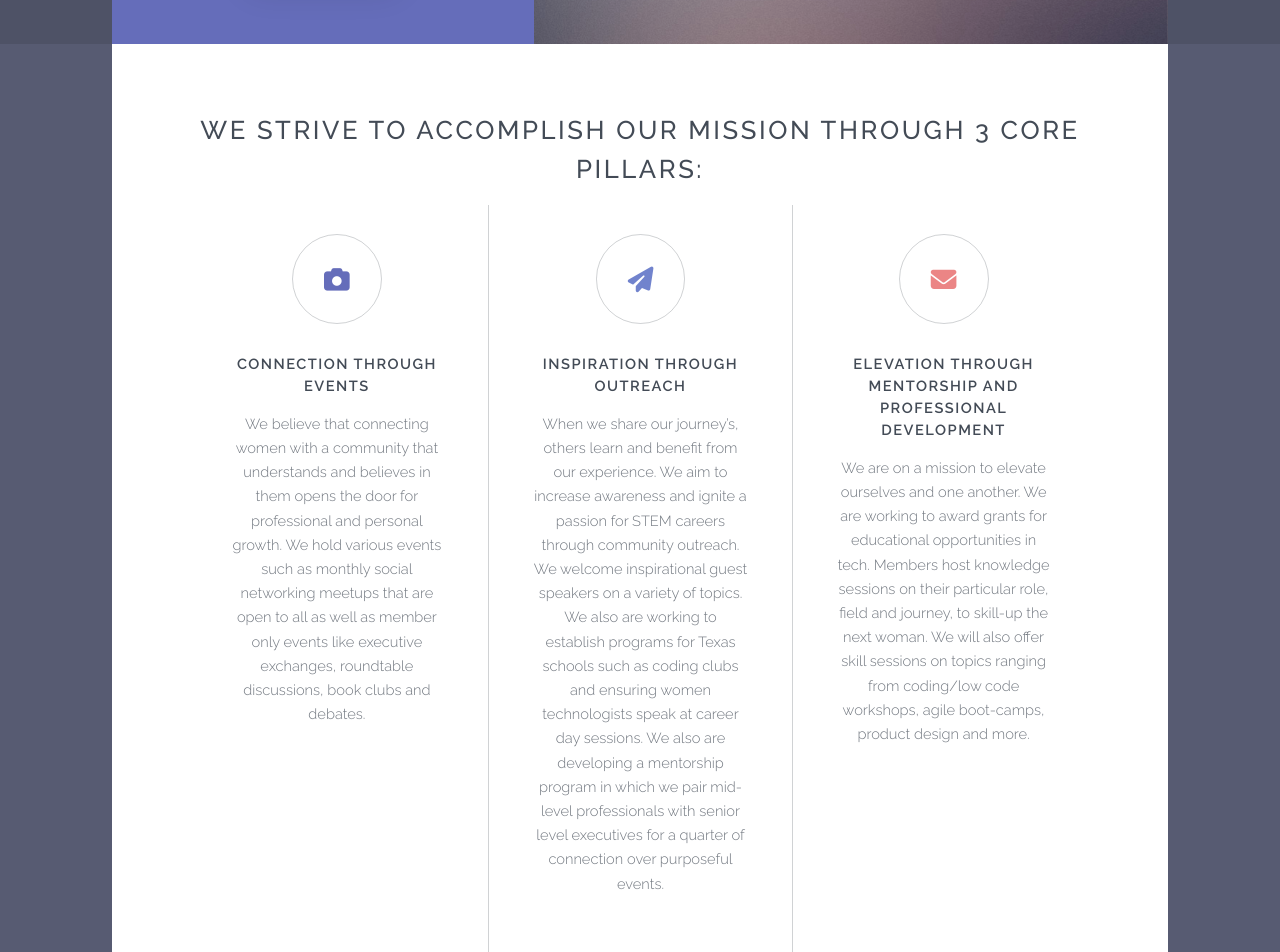
Repository: Roshanell/Houston-women-in-tech
Page: index.html
An editor plug-in stored every save of this project. The page is shown before and after a run of saves, followed by the edit.
The browser window is 1280 px wide. The pictures show the part of the page from y = 465 to 1417 px (the page is 3534 px tall).
Pictures or frames that could not be fetched are drawn as grey boxes. Some web libraries are served in a nearby version.

Above is the page before, as saved 2022-12-11 20:36:16.

### index.html
<!DOCTYPE HTML>

<html>

	<head>
		<title>Texas Women In Tech</title>
		<meta charset="utf-8" />
		<meta name="viewport" content="width=device-width, initial-scale=1, user-scalable=no" />
		<link rel="stylesheet" href="assets/css/main.css" />
		<script src="https://kit.fontawesome.com/48e7997292.js" crossorigin="anonymous"></script>
	</head>

	<body class="is-preload">

		<!-- Page Wrapper -->
		<div id="page-wrapper">

			<!-- Wrapper -->
			<div class="wrapper">
				<div class="inner">

					<!-- Header -->
					<header id="header">
						<a href="index.html" class="logo">Altitude <span>by Pixelarity</span></a>
						<nav>
							<ul>
								<li><a href="#menu">Menu</a></li>
							</ul>
						</nav>
					</header>

					<!-- Nav -->
					<nav id="menu">
						<ul class="links">
							<li><a href="index.html">Home</a></li>
							<li><a href="generic.html">Generic</a></li>
							<li><a href="elements.html">Elements</a></li>
						</ul>
						<ul class="actions stacked">
							<li><a href="#" class="button primary fit">Sign Up</a></li>
							<li><a href="#" class="button fit">Log In</a></li>
						</ul>
					</nav>

					<!-- Banner -->
					<section id="banner">
						<div class="items">
							<section class="accent2">
								<h1>Our Mission</h1>
								<p>Texas Women in Tech is on a mission to empower women and contribute to sustainability in Texas, by
									investing in the skills of women in technology.
									<br>
									We are a volunteer run organization of Texas women in technology that desire meaningful connections
									with other women in tech, that are seeking to inspire and be inspired, and who are interested in
									elevating ourselves and each other.
								</p>
								<ul class="actions special">
									<li><a href="#" class="button primary">Join Our Cause</a></li>
								</ul>
							</section>
							<!-- <section class="accent3">
								<h1>Amet magna</h1>
								<p>Fusce lancinia ipsum feugiat dolor sed matis tempus sed nullam</p>
								<ul class="actions special">
									<li><a href="#" class="button primary">More</a></li>
								</ul>
							</section> -->
						</div>
						<div class="slider">
							<article>
								<img src="https://i.imgur.com/zqyubR5.png" alt="" data-position="bottom right" />
							</article>
							<article>
								<img src="images/pic02.jpg" alt="" data-position="bottom right" />
							</article>
							<article>
								<img src="images/pic03.jpg" alt="" data-position="top left" />
							</article>
						</div>
					</section>

				</div>
			</div>

			<!-- Wrapper -->
			<div class="wrapper">
				<div class="inner">

					<!-- Section -->
					<section class="main">
						<header class="major">
							<h2>We strive to accomplish our mission through 3 core pillars:</h2>
						</header>
						<div class="features">
							<section>
								<span class="icon solid fa-camera major accent2"></span>
								<h3>Connection through events</h3>
								<p>We believe that connecting women with a community that understands and believes in them opens the
									door for professional and personal growth. We hold various events such as monthly social networking
									meetups that are open to all as well as member only events like executive exchanges, roundtable
									discussions, book clubs and debates.</p>
							</section>
							<section>
								<span class="icon solid fa-paper-plane major accent3"></span>
								<h3>Inspiration through Outreach</h3>
								<p>When we share our journey’s, others learn and benefit from our experience. We aim to increase
									awareness and ignite a passion for STEM careers through community outreach. We welcome inspirational
									guest speakers on a variety of topics. We also are working to establish programs for Texas schools
									such as coding clubs and ensuring women technologists speak at career day sessions. We also are
									developing a mentorship program in which we pair mid-level professionals with senior level executives
									for a quarter of connection over purposeful events.</p>
							</section>
							<section>
								<span class="icon solid fa-envelope major accent4"></span>
								<h3>Elevation through Mentorship and Professional Development </h3>
								<p>We are on a mission to elevate ourselves and one another. We are working to award grants for
									educational opportunities in tech. Members host knowledge sessions on their particular role, field and
									journey, to skill-up the next woman. We will also offer skill sessions on topics ranging from
									coding/low code workshops, agile boot-camps, product design and more.

								</p>
							</section>
						</div>
					</section>

					<!-- Section -->
					<!-- <section class="carousel accent4">
						<article>
							<div class="image"><img src="images/pic04.jpg" alt="" data-position="center" /></div>
							<div class="content">
								<h3>Magna tempus</h3>
								<p>Adipiscing ullamcorper semper ut amet ac risus. Lorem sapien ut odio odio nunc. Ac adipiscing nibh
									porttitor erat risus justo adipiscing adipiscing amet placerat.</p>
							</div>
						</article>
						<article>
							<div class="image"><img src="images/pic05.jpg" alt="" data-position="center" /></div>
							<div class="content">
								<h3>Consequat ipsum</h3>
								<p>Sapien a lorem in integer ornare praesent commodo adipiscing arcu in massa commodo lorem accumsan at
									odio massa ac ac. Semper adipiscing varius accumsan.</p>
							</div>
						</article>
						<article>
							<div class="image"><img src="images/pic06.jpg" alt="" data-position="center" /></div>
							<div class="content">
								<h3>Magna tempus</h3>
								<p>Volutpat eu sed ante lacinia sapien lorem accumsan varius montes viverra nibh in adipiscing blandit
									tempus accumsan lorem ipsum dolor sit amet nullam aliquam.</p>
							</div>
						</article>
						<nav>
							<a href="#" class="previous"><span class="label">Previous</span></a>
							<a href="#" class="next"><span class="label">Next</span></a>
						</nav>
					</section> -->

					<!-- Section -->
					<section class="main">
						<header class="major">
							<h2>Get Involved</h2>
							<!-- <p>Lorem ipsum dolor sit amet</p> -->
						</header>
						<div class="spotlights">
							<article>
								<div class="image"><img src="images/pic07.jpg" alt="" data-position="center" /></div>
								<div class="content">
									<h3>Membership</h3>
									<p>Join a community of Texas women in tech that get it. Members get exclusive access to member only
										events, newsletters, job postings and more.</p>
									<ul class="actions special">
										<li><a href="#" class="button primary">More</a></li>
									</ul>
								</div>
							</article>
							<article>
								<div class="image"><img src="images/pic08.jpg" alt="" data-position="center" /></div>
								<div class="content">
									<h3>Sponsorship</h3>
									<p>Corporate sponsorships are what supports our mission efforts to provide scholarship
										opportunities, professional development and events. </p>
									<ul class="actions special">
										<li><a href="#" class="button primary">More</a></li>
									</ul>
								</div>
							</article>
							<article>
								<div class="image"><img src="images/pic08.jpg" alt="" data-position="center" /></div>
								<div class="content">
									<h3>Volunteer</h3>
									<p>Our members are often looking for ways to give back to the community. We have a number of
										volunteer opportunities available. If you can commit as little as 1 hour per quarter- we need your
										help! Please consider volunteering to help us further our mission. </p>
									<ul class="actions special">
										<li><a href="#" class="button primary">More</a></li>
									</ul>
								</div>
							</article>
						</div>
					</section>

				</div>
			</div>

			<!-- Wrapper -->
			<div class="wrapper">
				<div class="inner">

					<!-- Section -->
					<section class="main accent2">
						<header class="major">
							<h2>Get notified</h2>
							<p>Lorem ipsum dolor sit amet nullam feugiat tempus</p>
						</header>
						<form method="post" action="#" class="combined">
							<input type="email" name="email" id="email" placeholder="Email address" class="invert" />
							<input type="submit" class="primary" value="Sign Up" />
						</form>
					</section>

					<!-- Footer -->
					<footer id="footer">
						<section class="links">
							<div>
								<h3>Magna</h3>
								<ul class="plain">
									<li><a href="#">Aliquam tempus</a></li>
									<li><a href="#">Ultrecies nul</a></li>
									<li><a href="#">Gravida ultricies</a></li>
									<li><a href="#">Commodo etiam</a></li>
								</ul>
							</div>
							<div>
								<h3>Feugiat</h3>
								<ul class="plain">
									<li><a href="#">Morbi sem lorem</a></li>
									<li><a href="#">Praes sed dapi</a></li>
									<li><a href="#">Sed adipis nullam</a></li>
									<li><a href="#">Fus dolor lacinia</a></li>
								</ul>
							</div>
							<div>
								<h3>Tempus</h3>
								<ul class="plain">
									<li><a href="#">Donecnec etiam</a></li>
									<li><a href="#">Aapibus sedun</a></li>
									<li><a href="#">Namnulla tempus</a></li>
									<li><a href="#">Morbi set amet</a></li>
								</ul>
							</div>
							<div>
								<h3>Aliquam</h3>
								<ul class="plain">
									<li><a href="#">Lorem prasent dia</a></li>
									<li><a href="#">Nellentes ipsum</a></li>
									<li><a href="#">Diamsed arcu dolor</a></li>
									<li><a href="#">Sit amet cursus</a></li>
								</ul>
							</div>
						</section>
						<ul class="contact-icons">
							<li class="icon solid fa-home">1234 Fictional Street #5432 Nashville, TN 00000-0000</li>
							<li class="icon solid fa-phone"><a href="#">(000) 000-0000</a></li>
							<li class="icon solid fa-envelope"><a href="#">info@untitled.tld</a></li>
						</ul>
						<p class="copyright">&copy; Untitled. All rights reserved.</p>
					</footer>

				</div>
			</div>

		</div>

		<!-- Scripts -->
		<script src="assets/js/jquery.min.js"></script>
		<script src="assets/js/browser.min.js"></script>
		<script src="assets/js/breakpoints.min.js"></script>
		<script src="assets/js/util.js"></script>
		<script src="assets/js/main.js"></script>

	</body>

</html>

Loaded but not shown: assets/css/fontawesome-all.min.css (library); assets/js/jquery.min.js (library); assets/js/browser.min.js (common file); assets/js/breakpoints.min.js (common file); assets/js/util.js (587 lines, source omitted); assets/js/main.js (337 lines, source omitted); assets/css/main.css (5511 lines, source omitted)

After the next 3 saves:
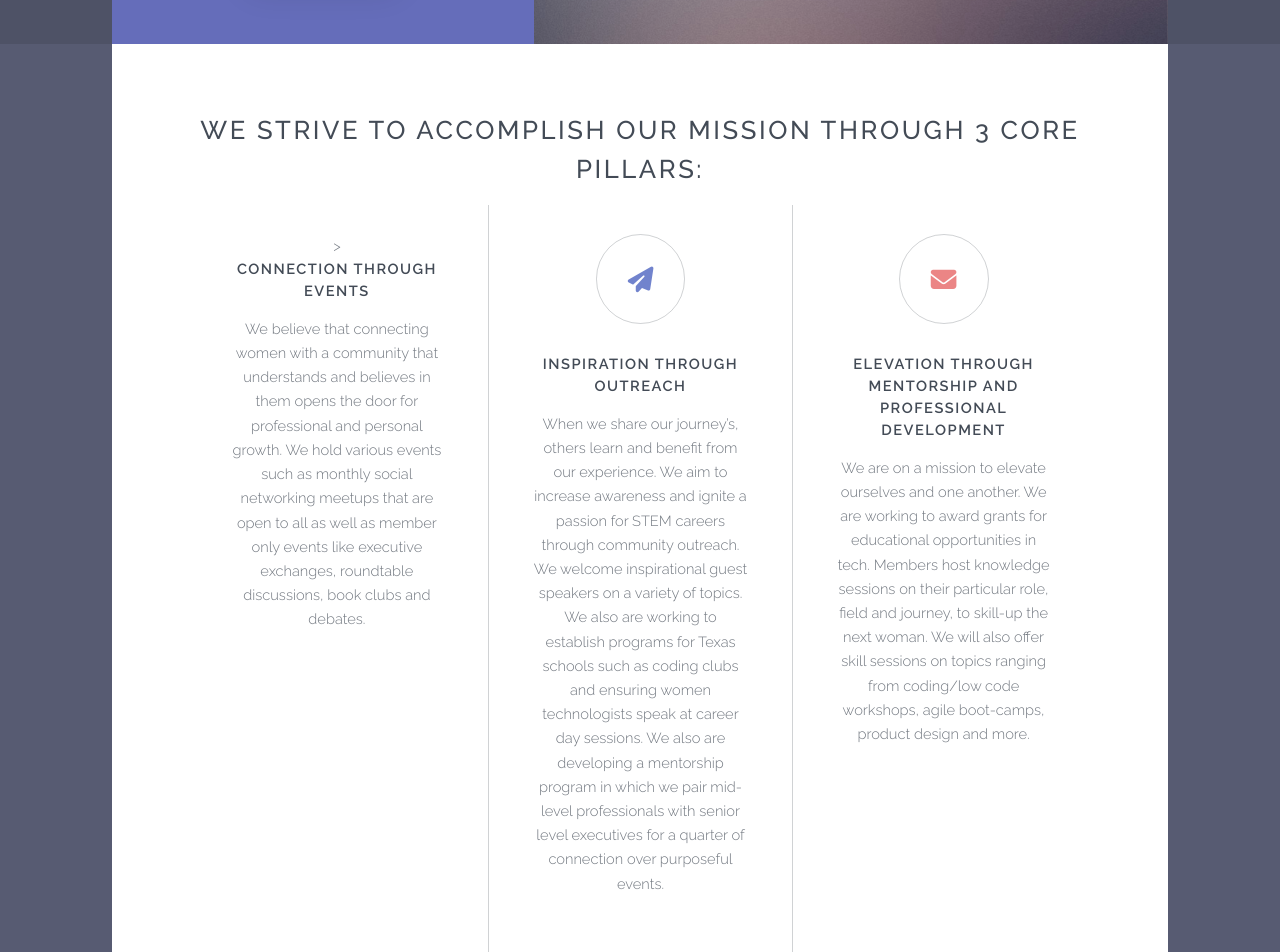
The 3 saves are shown as one change because they came seconds apart.
The last was saved 102 s later.
--- a/index.html
+++ b/index.html
@@ -93,7 +93,7 @@
 						</header>
 						<div class="features">
 							<section>
-								<span class="icon solid fa-camera major accent2"></span>
+								<span class=<i class="fa-solid fa-link"></i>></span>
 								<h3>Connection through events</h3>
 								<p>We believe that connecting women with a community that understands and believes in them opens the
 									door for professional and personal growth. We hold various events such as monthly social networking
